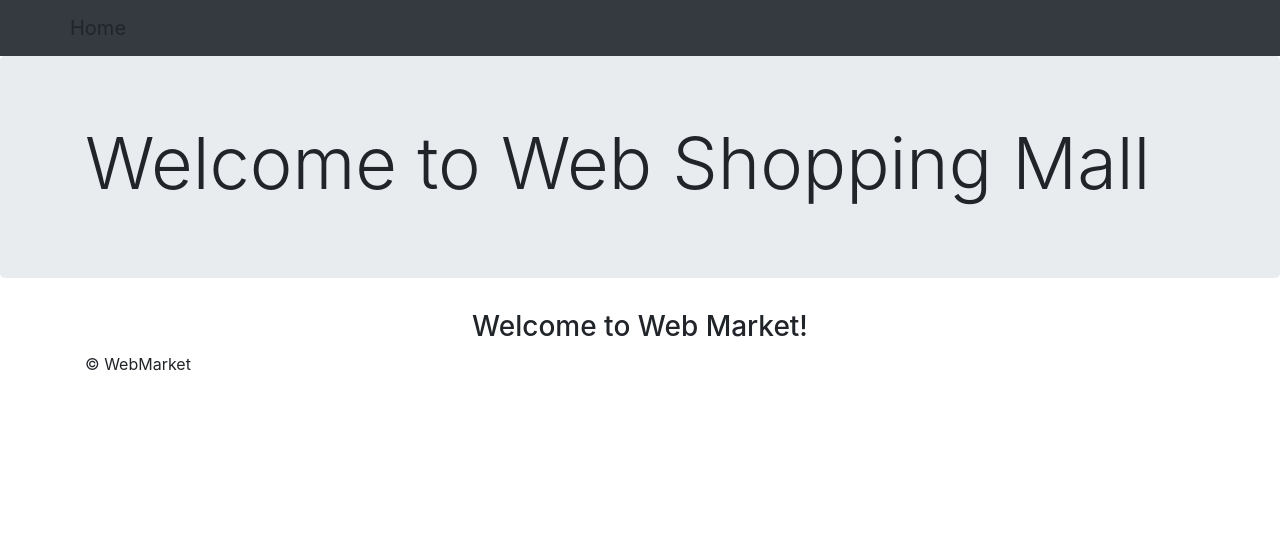
Repository: ramperrit/JSP
Page: http://localhost/WebMarket/welcome.jsp
These files come from the project's save history. The page is drawn as it stood at one moment and after the next save; the edit follows.
The browser window is 1280 px wide. The pictures show the whole page.
The page is served by Tomcat 9.

Above is the page before, as saved 2024-02-21 01:25:41.

After the next save:
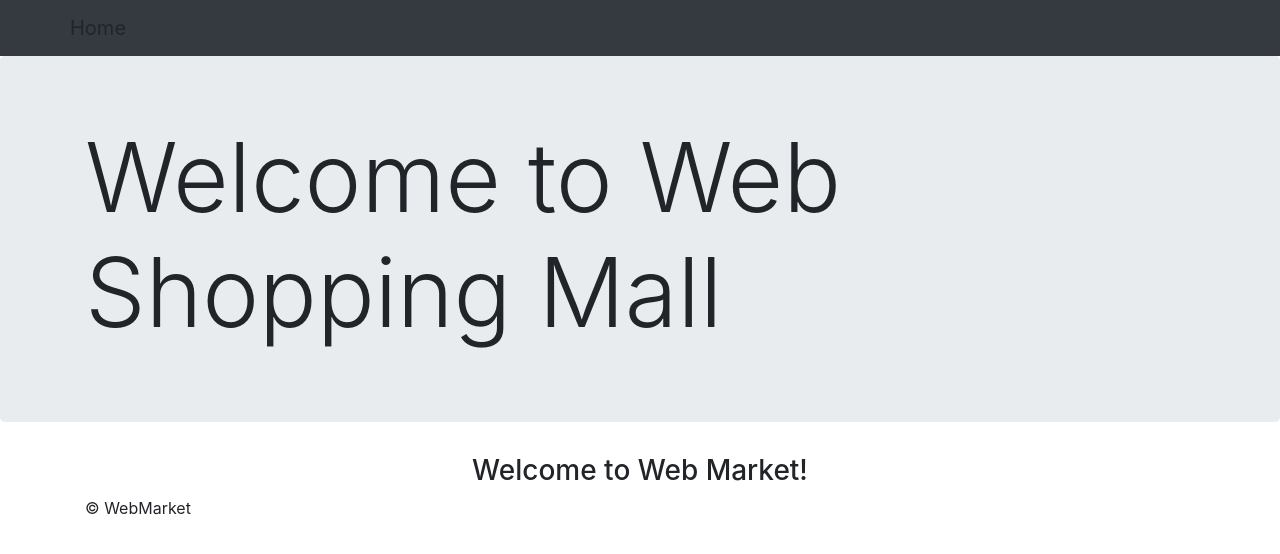
Saved 30 s later.
--- a/WebMarket/src/main/webapp/welcome.jsp
+++ b/WebMarket/src/main/webapp/welcome.jsp
@@ -24,7 +24,7 @@
 	%>
 	<div class = "jumbotron">
 		<div class = "container">
-			<h1 class = "display-3">
+			<h1 class = "display-1">
 			<%= greeting %>
 			</h1>
 		</div>

After the save that followed:
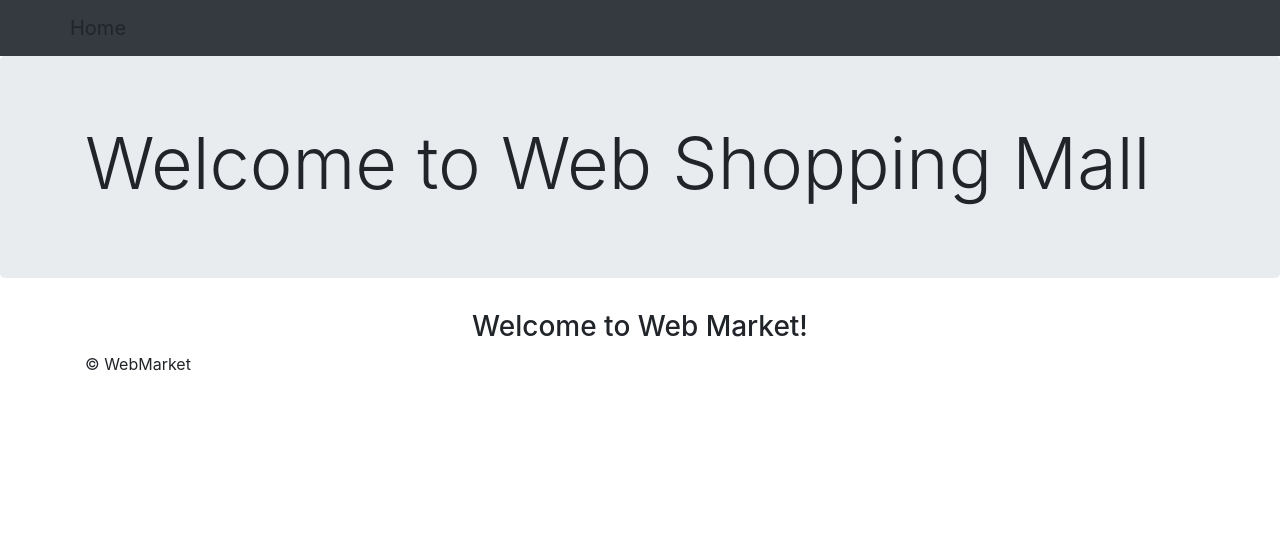
Saved 12 s later.
--- a/WebMarket/src/main/webapp/welcome.jsp
+++ b/WebMarket/src/main/webapp/welcome.jsp
@@ -24,7 +24,7 @@
 	%>
 	<div class = "jumbotron">
 		<div class = "container">
-			<h1 class = "display-1">
+			<h1 class = "display-3">
 			<%= greeting %>
 			</h1>
 		</div>
